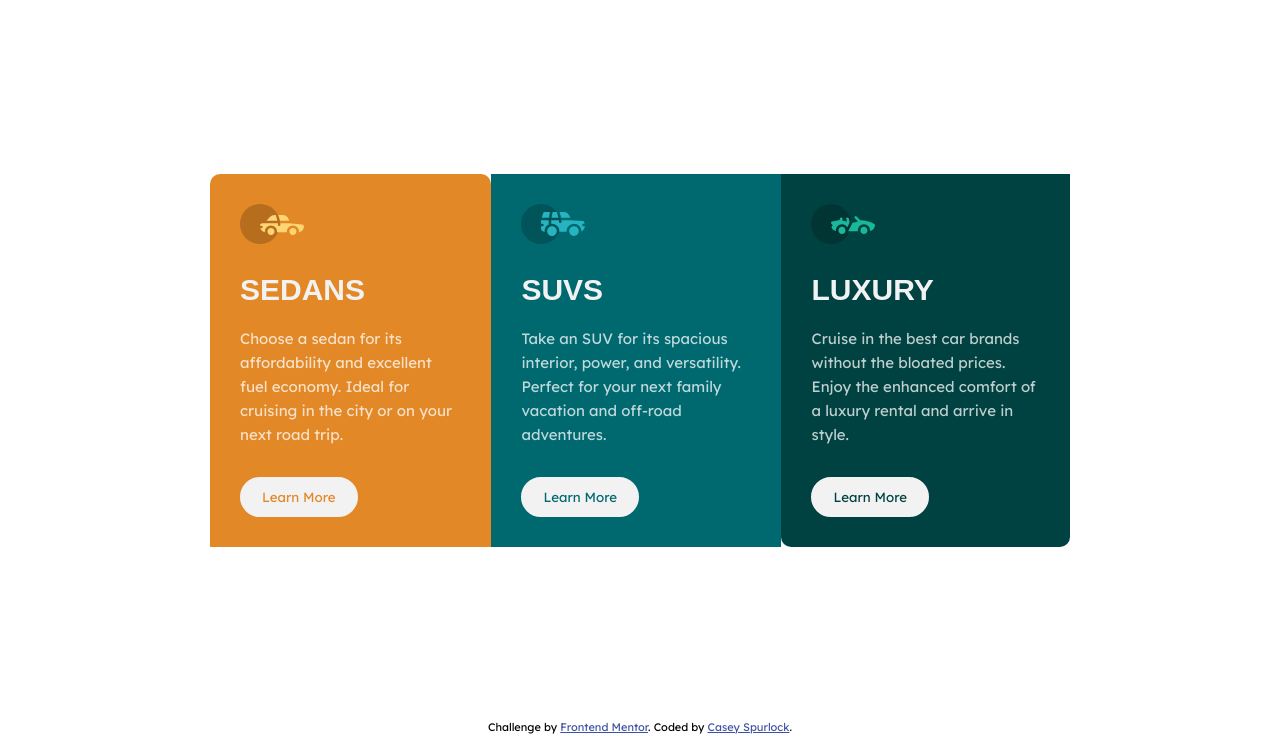
Repository: CaseySpurlock/3-column-preview-card-component-main
Page: index.html
The author's editor kept a copy of each file at every save. The page is drawn from the files as they stood at one save, then again after the next save.
The browser window is 1280 px wide. The pictures show the whole page.

Above is the page before, as saved 2021-06-23 11:16:18.

### index.html
<!DOCTYPE html>
<html lang="en">
<head>
  <meta charset="UTF-8">
  <meta name="viewport" content="width=device-width, initial-scale=1.0"> <!-- displays site properly based on user's device -->

  <link rel="icon" type="image/png" sizes="32x32" href="./images/favicon-32x32.png">

  <title>Frontend Mentor | 3-column preview card component</title>

  <!-- Stylesheets -->
  <link rel="stylesheet" href="style.css">
  <link rel="preconnect" href="https://fonts.googleapis.com">
  <link rel="preconnect" href="https://fonts.gstatic.com" crossorigin>
  <link href="https://fonts.googleapis.com/css2?family=Big+Shoulders+Display:wght@700&family=Lexend+Deca&display=swap" rel="stylesheet">
</head>


<body>
  <div class="container">
    <div class="card bright-orange">
      <img src="./images/icon-sedans.svg" alt="sedan img">
      <h3>Sedans</h3>
      <p>Choose a sedan for its affordability and excellent fuel economy. Ideal for cruising in the city
        or on your next road trip.</p>
        <button class="btn">Learn More</button>
    </div>

    <div class="card dark-cyan">
      <img src="./images/icon-suvs.svg" alt="suv img">
      <h3>SUVs</h3>
      <p>Take an SUV for its spacious interior, power, and versatility. Perfect for your next family vacation
        and off-road adventures.</p>
        <button class="btn">Learn More</button>
    </div>

    <div class="card very-dark-cyan">
      <img src="./images/icon-luxury.svg" alt="luxury img">
      <h3>Luxury</h3>
      <p>Cruise in the best car brands without the bloated prices. Enjoy the enhanced comfort of a luxury
      rental and arrive in style.</p>
      <button class="btn">Learn More</button>
    </div>
  </div>

  <footer>
    <div class="attribution">
      Challenge by <a href="https://www.frontendmentor.io?ref=challenge" target="_blank">Frontend Mentor</a>.
      Coded by <a href="https://csgc86.myportfolio.com/" target="_blank">Casey Spurlock</a>.
    </div>
  </footer>
</body>
</html>

### style.css
* {
    margin: 0;
    padding: 0;
    box-sizing: border-box;
}

body, button {
    font-family: "Lexend deca", sans-serif;
}

h3 {
    font-family: "Big Shoilders Display", sans-serif;
    text-transform: uppercase;
    font-size: 30px;
}

p {
    color: hsla(0, 0%, 100%, 0.75);
    font-size: 15px;
    line-height: 1.6;
}

.bright-orange {
    background-color: hsl(31, 77%, 52%);
    border-radius: 10px 10px 0 0;
}

.bright-orange .btn {
    color: hsl(31, 77%, 52%);
}

.dark-cyan {
    background-color: hsl(184, 100%, 22%);
}

.dark-cyan .btn {
    color: hsl(184, 100%, 22%);
}

.very-dark-cyan {
    background-color: hsl(179, 100%, 13%);
    border-radius: 0 0 10px 10px;
}

.very-dark-cyan .btn {
    color: hsl(179, 100%, 13%);
}

.container {
    padding: 20px;
}

.card {
    padding: 30px;

}

.card img {
    margin-bottom: 25px;
}

.card h3 {
    color: hsl(0, 0%, 95%);
    margin-bottom: 20px;
}

.card p {
    margin-bottom: 30px;
}

.btn {
    background-color: hsl(0, 0%, 95%);
    border: 2px solid hsl(0, 0%, 95%);
    border-radius: 30px;
    padding: 10px 20px;
    cursor: pointer;
    transition: all 0.3s ease-in-out;
}

.btn:hover {
    background-color: transparent;
    color: hsl(0, 0%, 95%);
}


.attribution {
    font-size: 11px;
    text-align: center;
}

.attribution a {
    color: hsl(228, 45%, 44%);
}

@media (min-width: 992px) {
    .container {
        display: flex;
        align-items: center;
        justify-content: center;
        min-height: 100vh;
        max-width: 900px;
        margin: auto;
    }
}

After the next save:
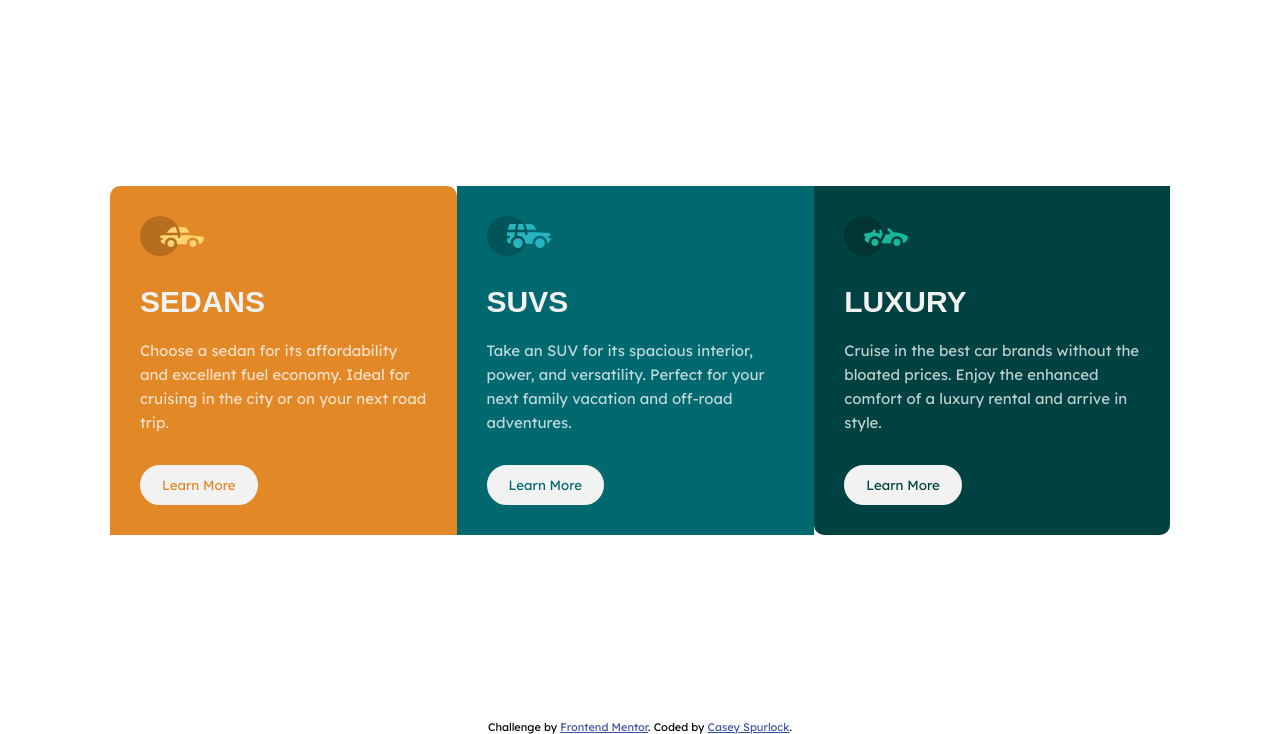
Saved 2 min 28 s later.
--- a/style.css
+++ b/style.css
@@ -102,3 +102,9 @@
         margin: auto;
     }
 }
+
+@media (min-width: 1280px) {
+    .container {
+        max-width: 1100px;
+    }
+}
